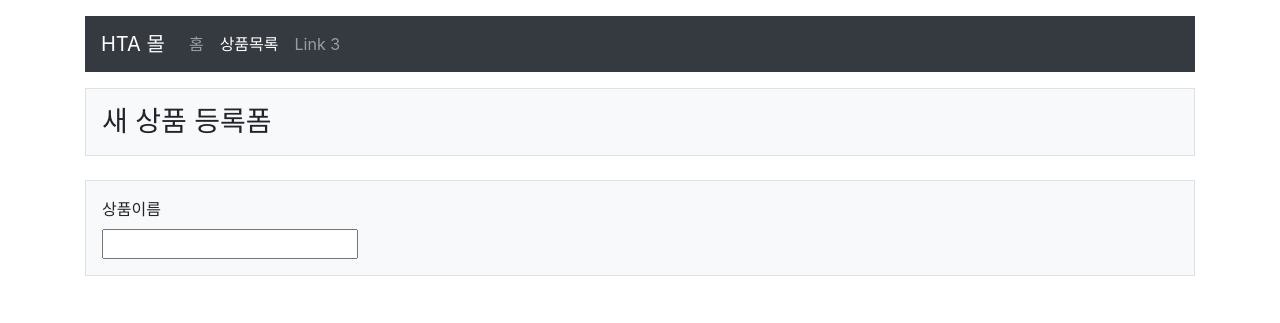
Repository: onuo77/HTA
Page: http://localhost/sample-mybatis/product/form.jsp
An editor plug-in stored every save of this project. The page is shown before and after a run of saves, followed by the edit.
The browser window is 1280 px wide. The pictures show the whole page.
The page is served by Tomcat 9. Other server files are loaded and not shown.

Above is the page before, as saved 2021-05-26 05:29:26.

### java-web/sample-mybatis/src/main/webapp/product/form.jsp
<%@ page contentType="text/html; charset=UTF-8" pageEncoding="UTF-8" %>
<!DOCTYPE html>
<html lang="ko">
<head>
  	<title>Bootstrap 4 Example</title>
  	<meta charset="utf-8">
  	<meta name="viewport" content="width=device-width, initial-scale=1">
  	<link rel="stylesheet" href="https://maxcdn.bootstrapcdn.com/bootstrap/4.5.2/css/bootstrap.min.css">
  	<script src="https://ajax.googleapis.com/ajax/libs/jquery/3.5.1/jquery.min.js"></script>
  	<script src="https://cdnjs.cloudflare.com/ajax/libs/popper.js/1.16.0/umd/popper.min.js"></script>
  	<script src="https://maxcdn.bootstrapcdn.com/bootstrap/4.5.2/js/bootstrap.min.js"></script>
</head>
<body>
<div class="container">
<%
	String navItem = "product";
%>
	<header>
		<%@include file="../common/header.jsp" %>
	</header>
	<main>
		<div class="row mb-3"> <!-- mb-3은 아래쪽 여백을 3만큼 설정한다. -->
			<div class="col-12">
				<h3 class="border p-3 bg-light">새 상품 등록폼</h3>
			</div>
		</div>
		<div class="row">
			<div class="col-12">
				<form action="" class="border p-3 bg-light">
					<label>상품이름</label> <br/>
					<input type="text">
				</form>
			</div>
		</div>
	</main>
	<footer>

	</footer>
</div>
</body>
</html>

### java-web/sample-mybatis/src/main/webapp/common/header.jsp
<%@ page pageEncoding="UTF-8"%>
<nav class="navbar navbar-expand-sm bg-dark navbar-dark my-3">
	<a class="navbar-brand" href="">HTA 몰</a>
  	<ul class="navbar-nav">
    	<li class="nav-item <%="home".equals(navItem) ? "active" : "" %>"><a class="nav-link" href="/sample-mybatis/index.jsp">홈</a></li>
    	<li class="nav-item <%="product".equals(navItem) ? "active" : "" %>"><a class="nav-link" href="/sample-mybatis/product/list.jsp">상품목록</a></li>
    	<li class="nav-item"><a class="nav-link" href="#">Link 3</a></li>
  	</ul>
</nav>

After the next 2 saves:
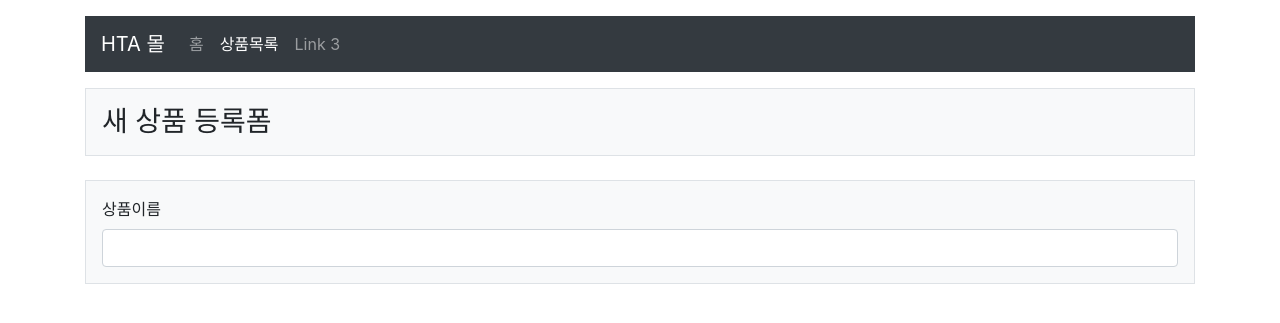
The 2 saves are shown as one change because they came seconds apart.
The last was saved 17 s later.
--- a/java-web/sample-mybatis/src/main/webapp/product/form.jsp
+++ b/java-web/sample-mybatis/src/main/webapp/product/form.jsp
@@ -28,7 +28,7 @@
 			<div class="col-12">
 				<form action="" class="border p-3 bg-light">
 					<label>상품이름</label> <br/>
-					<input type="text">
+					<input type="text" class="form-control" name="name"/>
 				</form>
 			</div>
 		</div>
